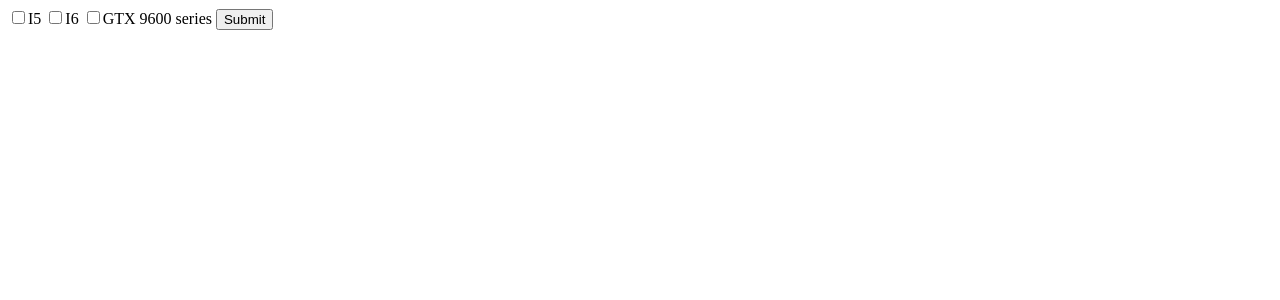
Repository: maxigarrett/2doAnio2doCuatrimestre
Page: http://localhost/primeraWeb1/ManejoSesiones/adicionales.jsp
The author's editor kept a copy of each file at every save. The page is drawn from the files as they stood at one save, then again after the next save.
The browser window is 1280 px wide. The pictures show the whole page.
The page is served by Tomcat 9.

Above is the page before, as saved 2020-11-09 13:13:28.

### tec java eclipse/primeraWeb1/WebContent/ManejoSesiones/adicionales.jsp
<%@ page language="java" contentType="text/html; charset=ISO-8859-1"
    pageEncoding="ISO-8859-1"%>
<!DOCTYPE html PUBLIC "-//W3C//DTD HTML 4.01 Transitional//EN" "http://www.w3.org/TR/html4/loose.dtd">
<html>
<head>
<meta http-equiv="Content-Type" content="text/html; charset=ISO-8859-1">
<title>Insert title here</title>
</head>
<body>
	<div class="form-inicio">
		<form class="form-datos"  action="cargaDatos.jsp" method="post">

			<input type="checkbox" name="procesadori5" value="i5" >I5
			<input type="checkbox" name="procesadori6" value="i6">I6
			<input type="checkbox" name="gpu" value="GTX 9600 series">GTX 9600 series

			<input type="submit">

		</form>
	</div>
</body>
</html>

### tec java eclipse/primeraWeb1/WebContent/ManejoSesiones/styles.css
@charset "ISO-8859-1";

.form-inicio
{
	width: 80%;
	max-width: 600px;
	margin: auto;
	display: flex;
	flex-direction:column;
	justify-content: center;
	align-items: center;
	box-shadow: 1px 1px 2px 3px  rgba(0, 0, 0, .3);
}
.form-inicio form
{
	padding: 30px 0;
}
.form-inicio form > input
{
	border: none;
	border-radius: 5px;
	padding: 10px 5px;
	margin-bottom: 3px;
	border: dotted;
}
.form-inicio h3
{
	animation: colores 2s;
	animation-timing-function: linear;
    animation-duration: 3s;
	animation-iteration-count: infinite;
}

@keyframes colores
{
  0%
  {
    color: black;
  }
  50%
  {
    color:red;
  }

}



/*ESTILOS FORM DE PC QUE DESEA COMPRAR*/
.form-inicio .form-datos  input[type="checkbox"]
{
	display: none;
}
.form-inicio .form-datos label
{
	 color: #0074D9;
    display: inline-block;
    padding: 5px 5px 5px 51px;/*sentido horario*/
    position: relative;
    font-size: 14px;
    border-radius: 3px;
    cursor: pointer;
    transition: all 1.2s ease;
    font-weight: 600;
}
.form-inicio .form-datos label:hover
{
	background-color: rgba(0, 116, 217, 0.1);
}
.form-inicio .form-datos label::before
{
	content:"";
	display: inline-block;
    width: 17px;
    height: 17px;
    border: 3px solid #0074D9;
    position: absolute;
    top: 4px;
    left: 5px;
}
.form-inicio .form-datos input[type="checkbox"]:checked +label
{
	padding: 7px 15px;
    background-color: #0074D9;
    color: #fff;
    border-radius: 2px;
}
.form-inicio .form-datos input[type="checkbox"]:checked +label::before
{
	display:none;
}

After the next save:
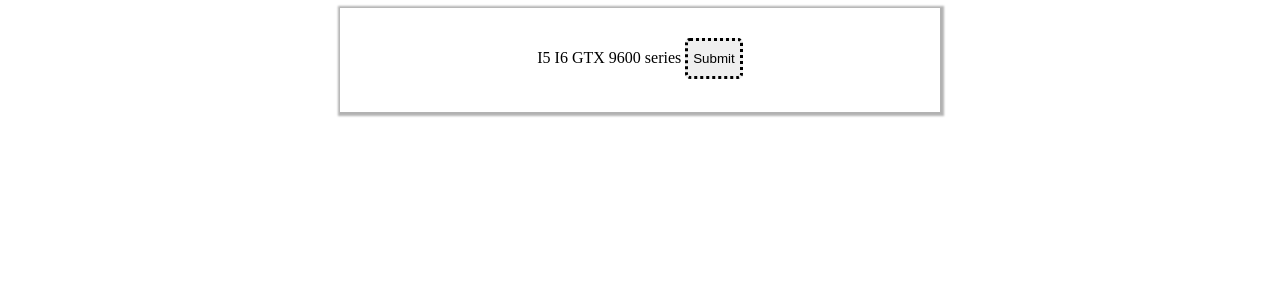
Saved 28 s later.
--- a/tec java eclipse/primeraWeb1/WebContent/ManejoSesiones/adicionales.jsp
+++ b/tec java eclipse/primeraWeb1/WebContent/ManejoSesiones/adicionales.jsp
@@ -5,6 +5,7 @@
 <head>
 <meta http-equiv="Content-Type" content="text/html; charset=ISO-8859-1">
 <title>Insert title here</title>
+<link rel="stylesheet" href="styles.css">
 </head>
 <body>
 	<div class="form-inicio">
